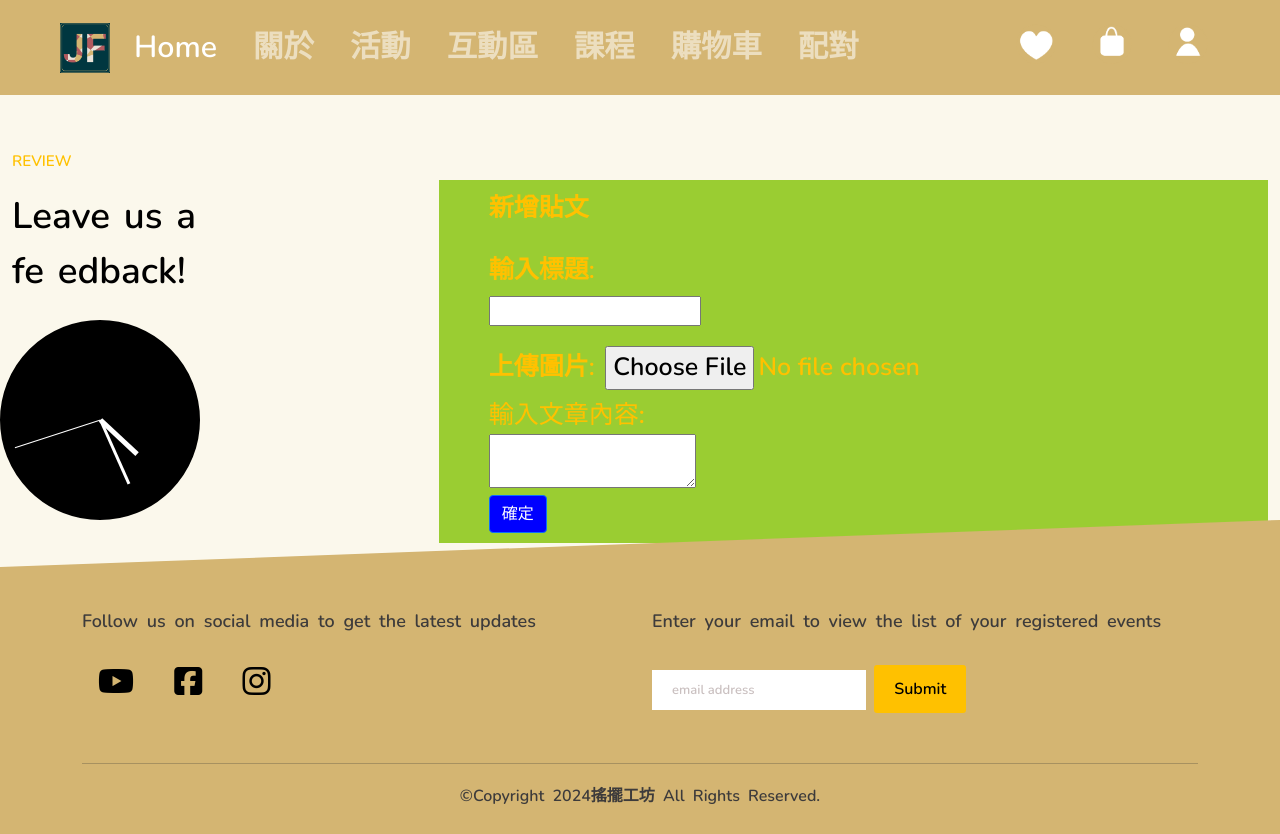
Repository: mmmooonnn0211/project
Page: workspace/demoSpringBoot-1/src/main/resources/static/html/LTInsertFront.html
These files come from the project's save history. The page is drawn as it stood at one moment and after the next save; the edit follows.
The browser window is 1280 px wide. The pictures show the whole page.
Some web libraries are served in a nearby version.

Above is the page before, as saved 2024-05-09 13:46:36.
Console error: ReferenceError: jQuery is not defined

### workspace/demoSpringBoot-1/src/main/resources/static/html/LTInsertFront.html
<!DOCTYPE html>
<html lang="en">

<head>
	<meta charset="UTF-8">
	<meta name="viewport" content="width=device-width, initial-scale=1.0">
	<style>
		.main {
			min-height: 55vh;
			/* 让 .slant 至少占据整个视口高度 */

		}

		.clock {
			width: 200px;
			height: 200px;
			border: 2px solid #000;
			border-radius: 50%;
			background-color: #000;
			position: relative;
			margin-top: -20%;
		}

		.hour,
		.minute,
		.second {
			position: absolute;
			background-color: white;
			transform-origin: bottom center;
			/* 將旋轉的中心設置為底部中心 */
		}

		.hour {
			width: 5px;
			height: 50px;
			left: calc(50% - 2.5px);
			/* 計算時鐘中心 */
			bottom: 50%;
			background-color: white;
			/* 時針顏色：紅色 */
		}

		.minute {
			width: 3px;
			height: 70px;
			left: calc(50% - 1.5px);
			/* 計算時鐘中心 */
			bottom: 50%;
			background-color: white;
			/* 分針顏色：藍色 */
		}

		.second {
			width: 1px;
			height: 90px;
			left: calc(50% - 0.5px);
			/* 計算時鐘中心 */
			bottom: 50%;
			background-color: white;
			/* 秒針顏色：綠色 */
		}
	</style>
	<!-- Bootstrap CSS -->
	<link href="https://cdn.jsdelivr.net/npm/bootstrap@5.0.0-beta3/dist/css/bootstrap.min.css" rel="stylesheet"
		integrity="sha384-eOJMYsd53ii+scO/bJGFsiCZc+5NDVN2yr8+0RDqr0Ql0h+rP48ckxlpbzKgwra6" crossorigin="anonymous">
	<script src="https://kit.fontawesome.com/4287c80df9.js" crossorigin="anonymous"></script>

	<!--Google Font : Nunito-->
	<link rel="preconnect" href="https://fonts.gstatic.com">
	<link href="https://fonts.googleapis.com/css2?family=Nunito:wght@600&display=swap" rel="stylesheet">

	<!-- For style(All CSS content) -->
	<link rel="stylesheet" type="text/css" href="../styles/home.css" />
	<link rel="stylesheet" type="text/css" href="../styles/footer.css" />
	<link rel="stylesheet" type="text/css" href="../styles/navbar.css" />
	<link rel="icon" href="images/favicon.ico">

	<!-- JS Bundle for BS  -->
	<script src="https://cdn.jsdelivr.net/npm/popper.js@1.16.1/dist/umd/popper.min.js"
		integrity="sha384-9/reFTGAW83EW2RDu2S0VKaIzap3H66lZH81PoYlFhbGU+6BZp6G7niu735Sk7lN" crossorigin="anonymous">
		</script>

</head>


<body>



	</div>
	<!-- <section> -->
	<div class="main">
		<form method="post" action=" /LTinsertFront.controller" enctype="multipart/form-data"
			onsubmit="return validateForm();">
			<div class="container-fluid" style="margin-top: 150px;">
				<div class="row" style="margin-bottom: 100px; margin-top: 100px;">
					<div class="col-md-4" style="text-align: left;">
						<p class="review">REVIEW</p>
						<p class="feedback">Leave us a <br>fe edback!</p>
					</div>
					<div class="col-sm-8">
						<div class="container" id="cards" style="  background-color:yellowgreen">
							<div class="" style="margin: auto;">
								<div id="sugg" class="neon-yellow" style="font-weight: bold; font-size: 25px; ">新增貼文
								</div>
								<br>
								<div id="text" class="neon-yellow" style=" font-size: 25px;">輸入標題:
								</div>
								<div style="height:50px; ">
									<input id="title" name="title" style="width: auto;" ; />
								</div>
								<div id="text" class="neon-yellow" style="font-weight: bold; font-size: 25px;">上傳圖片:
									<input type="file" id="picture" name="picture" />
								</div>

								<div id="picture" class="neon-yellow" style="font-size:25px; ">
									輸入文章內容:
								</div>
								<textarea id="content" name="content"></textarea>

								<div>
									<button type="submit" class="btn btn-primary"
										style="background-color:blue">確定</button>
								</div>
							</div>
						</div>
					</div>
				</div>
			</div>
		</form>
		<div class="container text-center">

		</div>
	</div>




	<div class="container">
	</div>


	<script>

		fetch('basic.html')
			.then(response => response.text())
			.then(html => {
				document.body.innerHTML += html;
			});

	</script>
	<div id="clock"></div>

	<div class="clock" id="clock">
		<div class="hour" id="hour"></div>
		<div class="minute" id="minute"></div>
		<div class="second" id="second"></div>
	</div>

	<script>
		function updateClock() {
			var now = new Date();
			var hours = now.getHours();
			var minutes = now.getMinutes();
			var seconds = now.getSeconds();

			var hourDeg = (hours % 12) * 30 + minutes * 0.5; // 一小時30度，一分鐘0.5度
			var minuteDeg = minutes * 6; // 一分鐘6度
			var secondDeg = seconds * 6; // 一秒鐘6度

			document.getElementById('hour').style.transform = 'rotate(' + hourDeg + 'deg)';
			document.getElementById('minute').style.transform = 'rotate(' + minuteDeg + 'deg)';
			document.getElementById('second').style.transform = 'rotate(' + secondDeg + 'deg)';
		}

		// 每秒更新一次時間
		setInterval(updateClock, 1000);

		// 初始化頁面時立即更新時間
		updateClock();
	</script>
	<script type="text/javascript" charset="utf8"
		src="https://cdn.datatables.net/1.11.5/js/jquery.dataTables.js"></script>
	<script src="https://cdn.jsdelivr.net/npm/bootstrap@5.0.0-beta3/dist/js/bootstrap.bundle.min.js"
		integrity="sha384-JEW9xMcG8R+pH31jmWH6WWP0WintQrMb4s7ZOdauHnUtxwoG2vI5DkLtS3qm9Ekf" crossorigin="anonymous">
		</script>

</body>

</html>

### workspace/demoSpringBoot-1/src/main/resources/static/styles/home.css
/* hiding vertical scroll bar from every page */
::-webkit-scrollbar {
  width: 0 !important
}




body {
  font-family: 'Nunito', sans-serif;
  background-color: #FBF8EC;
  word-spacing: 0.25rem;
}

::selection {
  color: black;
  background: #ffc100;
}

::placeholder {
  color: rgb(202, 192, 192);
}

.neon-yellow {
  color: #ffc100;
}

.working-heading {
  font-size: 2.3rem;
  font-weight: bold;
  color: black;
}


.date-style {
  font-weight: 850;
  padding: 0 0 0.3rem 0;
}

.sub-heading {
  font-size: 1.5rem;
  font-weight: 1000;
  padding: 0 0 0.3rem 0;
}

.small-subtext {
  color: black;
  font-weight: 700;
  font-size: 1rem;
}

.process-heading {
  font-weight: 1000;
  font-size: 0.95rem;
}

.eng,
.feedback,
.some {
  font-size: 2.3rem;
  font-weight: 1000;
  color: black;
}

.center-line {
  border-left: 0.58rem solid #ffc100;
  height: 110%;
  position: absolute;
  top: 0%;
  left: 0%;
}

.padding-for-mobile {
  padding: 0 1rem 2rem 4rem;
  text-align: left;
  /*background-color:  white;*/
}

.stickyy-corner {
  position: -webkit-sticky;
  position: sticky;
  top: 0;
}

.timeline-left-style {
  color: black;
  text-align: right;
  padding: 0 4rem 0 5.2rem;
}

.timeline-right-style {
  color: black;
  text-align: left;
  position: relative;
  padding: 0 5.2rem 0 4rem;
  overflow-y: hidden;
}

.d-block {
  margin-top: 2%;
  border-radius: 7px;
  border: 3px solid rgb(245, 241, 241);
  width: 100%;
}

.chess,
.review,
.event {
  color: #ffc100;
  font-weight: 850;
  font-size: 0.95rem;
}


#text {
  font-weight: 850;
  font-size: 0.75rem;
  margin-bottom: 7px;
}

#sugg {
  font-size: 1.5rem;
  font-weight: 1000;
}

#btn {
  background-color: #ffc100;
  color: rgb(0, 0, 0);
  padding: 10px 20px;
  text-align: center;
  border: none;
  border-radius: 3px;
  display: block;
  margin: auto;
  margin-top: 15px;
  font-weight: bold;
}


#box,
#msg {
  background-color: #DDDDDD;
  border-radius: 3.5px;
  border: none;
  margin-bottom: 12px;
  width: 100%;
}

#msg {
  height: 120px;
}

#box {
  height: 35px;
}

#spon {
  color: black;
  margin-top: 60px;
  display: flex;
  justify-content: space-evenly;
  align-items: center;
  font-weight: bold;
  margin-bottom: 20px;
}

.image {
  height: 100px;
}

.image3 {
  height: 250px;
  overflow-y: hidden;
}

.pic1,
.pic2 {
  font-weight: bold;
  font-size: medium;
}

.pic1 {
  margin-top: 20px;
}

.column {
  display: flex;
  flex-direction: column;
  justify-content: space-evenly;
  align-items: center;
}

.columns {
  display: flex;
  flex-direction: column;
  justify-content: center;
  align-items: flex-start;
}

.pic2 {
  color: gray;
  font-size: small;
}

.event,
.some,
.last,
.pic,
.pic1,
.pic2 {
  display: flex;
  justify-content: space-evenly;
  align-items: center;
}

.subhead {
  color: black;
  font-size: 3rem;
  overflow-y: hidden;
}

.active {
  color: #ffc100;
}

.active:hover {
  color: #ffc100;
}

p {
  color: black;
}

.title-img {
  width: 25%;
  margin-left: 8%;
  transform: rotate(10deg);
}

.hover {
  color: #ffc100;
}

.title-img3 {
  width: 25%;
  transform: rotate(-10deg);
}

.title-img2 {
  width: 35%;
  padding-right: 5%;
  padding-left: 5%;


}

.carousel-img-styles {
  border: 0.13rem solid black;
  border-radius: 1rem;
}

h1 {
  font-size: 5rem;
  line-height: 1.5;
  font-weight: 900;
}

#title {
  margin-bottom: 11rem;
}

.col-lg-3 {
  padding-left: 3rem;
}

.ex-btn {
  margin-top: 2.5rem;
  margin-bottom: 30px;
}

.carousel-container {
  width: 55%;
}

#cards {
  padding: 10px 50px;
}

.card {
  background-color: black;
  border-radius: 10px;
  /* display: block;
    margin: auto;
    font: 16px;
    width:55%; */
  padding: 30px 20px;

}

@media only screen and (max-width: 767px) {
  .small-subtext {
    font-size: 0.8rem;
  }

  .padding-for-mobile {
    padding: 0 0 4rem 2rem;
  }

  /*
  .sticky-corner {
    position: static;
  }
  */
  #cards {
    padding: 0px 20px;
  }


  .sub-heading {
    font-size: 1.3rem;
  }

  .process-heading {
    font-size: 0.85rem;
  }

  .working-heading {
    font-size: 1.5rem;
  }

  .timeline-left-style {
    padding: 0 2.5rem 0 3rem;
  }

  .timeline-right-style {
    padding: 0 3rem 0 2.5rem;
  }

  #spon {
    font-size: 1.5rem;
  }

  .some,
  .eng,
  .feedback {
    font-size: 1.5rem;
  }

  .card {
    width: 100%;
  }

  .pic {
    flex-direction: column;
  }

  .carousel-container {
    width: 85%;
  }
}

@media only screen and (max-width: 575px) {

  .title-img,
  .title-img3 {
    display: none;
  }

  .title-img2 {
    display: block;
    margin: auto;
    width: 100%;
    padding: 50px;
  }
}

@media only screen and (max-width: 375px) {


  .date-style {
    font-size: 0.8rem;
  }

  .sub-heading {
    font-size: 0.9rem;
  }

  .small-subtext {
    font-size: 0.7rem;
  }

  .timeline-left-style {
    padding: 0 1.6rem 0 2rem;
  }

  .timeline-right-style {
    padding: 0 2rem 0 2rem;
  }
}

### workspace/demoSpringBoot-1/src/main/resources/static/styles/footer.css
/*
hiding vertical scroll bar from every page
*/
::-webkit-scrollbar {
    width: 0 !important
}




.slant {
    /* width: 110%;
    background-color: #DDDDDD;
    transform: rotate(-3deg);
    height: 100px; */
    clip-path: polygon(0 15%, 100% 0, 100% 100%, 0 100%);
  }

  .container{
    margin-top: 30px;
  }

  .left, .right {
    font-size: large;
    font-weight: bold;
    margin-top: 50px;
    color: rgb(61, 59, 59);
    margin-bottom: 30px;
  }

  .below {
    background-color:#D4B572;
    position: relative;
    padding-top: 8px;
    padding-bottom: 6px;
    width: 100%;
    height: 100%;
  }

  #mail {
    border: none;
    height: 30px;
    padding: 20px;
    font-size: small;
    font-weight: bold;
  }

  #bttn {
    background-color: #ffc100;
    color: black;
    padding: 12px 20px;
    text-align: center;
    border: none;
    border-radius: 3px;
    font-weight: bold;
  }


  .fa-youtube:hover{
    color: rgb(230, 59, 59);
    transition: 0.5s;
  }

  .fa-twitter:hover, .fa-facebook-square:hover{
    color: rgba(18, 212, 212, 0.596);
    transition: 0.5s;
  }

  .fa-instagram:hover{
    color: rgb(218, 30, 61);
    transition: 0.5s;
  }

  .fa-github{
    color: rgb(43, 36, 36);
    transition: 0.5s;
  }

  .fab {
    padding: 0 1rem 0 1rem;
    font-size: 2rem;
    color: black;
  }

  .last {
    font-weight: 900;
    color: rgb(61, 59, 59);
    margin: 20px;
    display: flex;
  justify-content: space-evenly;
  align-items: center;
  }

  @media only screen and (max-width: 767px) {
    .slant{
      clip-path: polygon(0 5%, 100% 0, 100% 100%, 0 100%);
    }
  }

  @media only screen and (max-width: 375px) {
    .slant{
      clip-path: polygon(0 5%, 100% 0, 100% 100%, 0 100%);
    }
  }

### workspace/demoSpringBoot-1/src/main/resources/static/styles/navbar.css
/* 鼠標移動導覽列*/
.nav-item :hover {
  color: rgb(255, 128, 128);
  cursor: pointer;
  background-color: #B15A5E;
  border-radius: 10px;
}

.navbar a {
  color: #ff2600a2;
  border-radius: 10px;
}


.navbar {
  padding: 1rem 2rem;
  position: fixed;
  z-index: 100;
  width: 100%;
  margin: 0;
  top: 0;
  left: 0;
  background-color: #D4B572;
}

.nav-item {
  padding: 0 20px 0 0;
}

.nav-link {
  font-size: 1.9rem;
  font-weight: 900;

}


.dropdown-item,
.dropdown-menu {
  background-color: #B15A5E;
  color: #BF3F41;
  ;
  margin: 0;
}






.dropdown-menu a {
  color: white;
  ;
  text-decoration: none;
  display: block;
  text-align: left;
}

### workspace/demoSpringBoot-1/src/main/resources/static/html/basic.html
<!doctype html>
<html lang="en">

<head>
    <!-- Required meta tags -->
    <meta charset="utf-8">
    <meta name="viewport" content="width=device-width, initial-scale=1">




    <title>JFSwing</title>
</head>

<body>

    <!-- Shashank's Section -->
    <!-- <section class="title"> -->
    <!-- Navbar section -->
    <nav class="navbar navbar-expand-lg navbar-dark">
        <!-- <LOGO> -->
        <div class="container-fluid">
            <div width="50px" height="50px">
                <a class="m-3" href="index.html"> <img src="../images/LOGO.png" width="50px" height="50px"
                        alt="Eternals">
                </a>
                <button class="navbar-toggler" type="button" data-bs-toggle="collapse" data-bs-target="#navbarCollapse"
                    aria-controls="navbarCollapse" aria-expanded="false" aria-label="Toggle navigation">
                    <span class="navbar-toggler-icon"></span>
                </button>
            </div>
            <div class="collapse navbar-collapse" id="navbarCollapse">
                <ul class="navbar-nav ">
                    <li class="nav-item">
                        <a class="nav-link active" href="frontPage.html">Home </a>
                    </li>
                    <li class="nav-item">
                        <a class="nav-link" href="about.html">關於</a>
                    </li>
                    <li class="nav-item">
                        <a class="nav-link" href="EventAll.html">活動</a>
                    </li>
                    <li class="nav-item">
                        <a class="nav-link" href="/LTSelectAll2">互動區</a>
                    </li>
                    <li class="nav-item">
                        <a class="nav-link" href="contact.html">課程</a>
                    </li>
                    <li class="nav-item">
                        <a class="nav-link" href="">購物車</a>
                    </li>
                    <li class="nav-item">
                        <a class="nav-link" href="">配對</a>
                    </li>

                </ul>

            </div>

            <!-- <右上角的東西> -->
            <div class="navbar-nav justify-content-end">
                <ul class="navbar-nav">
                    <li class="nav-item">
                        <div class="m-2 rounded-circle overflow-hidden align-self-center ratio ratio-1x1"
                            style="width: 40px">
                            <img src="../images/LOVE.png" alt="" class="object-fit-cover w-100 h-100" />
                        </div>
                    </li>
                    <li class="nav-item">
                        <div class="m-2 rounded-circle overflow-hidden align-self-center ratio ratio-1x1"
                            style="width: 40px">
                            <img src="../images/SHOP.png" alt="" class="object-fit-cover w-100 h-100" />
                        </div>
                    </li>
                    <li class="nav-item">
                        <a href="#" target="_blank"
                            class="m-2 rounded-circle overflow-hidden align-self-center ratio ratio-1x1"
                            style="width: 40px; display: inline-block;">
                            <img src="../images/MAN.png" alt="Facebook" class="object-fit-cover w-100 h-100" />
                        </a>
                    </li>

                </ul>

            </div>
        </div>
    </nav>

    <!-- Title -->
    <!-- <中間> -->



    <!-- footer-->
    <div class="slant footer-content mt-auto">

        <footer class="below">
            <div class="container">
                <div class="row">
                    <div class="col-lg-6">
                        <p class="left">Follow us on social media to get the latest updates</p>
                        <a href="#"><i class="fab fa-youtube"></i></a>
                        <a href="https://www.facebook.com/apple.hi.77?mibextid=kFxxJD"><i
                                class="fab fa-facebook-square"></i></a>
                        <a href="#"><i class="fab fa-instagram"></i></a>

                    </div>
                    <div class="col-lg-6">
                        <p class="right">Enter your email to view the list of your registered events</p>
                        <input id="mail" placeholder="email address">
                        <span><button id="bttn">
                                Submit </button></span>
                    </div>
                </div>
                <hr style="margin-top: 50px;">
            </div>
            <div class="last">&copy;Copyright 2024搖擺工坊 All Rights Reserved.</div>
        </footer>

    </div>



</body>

</html>

After the next save:
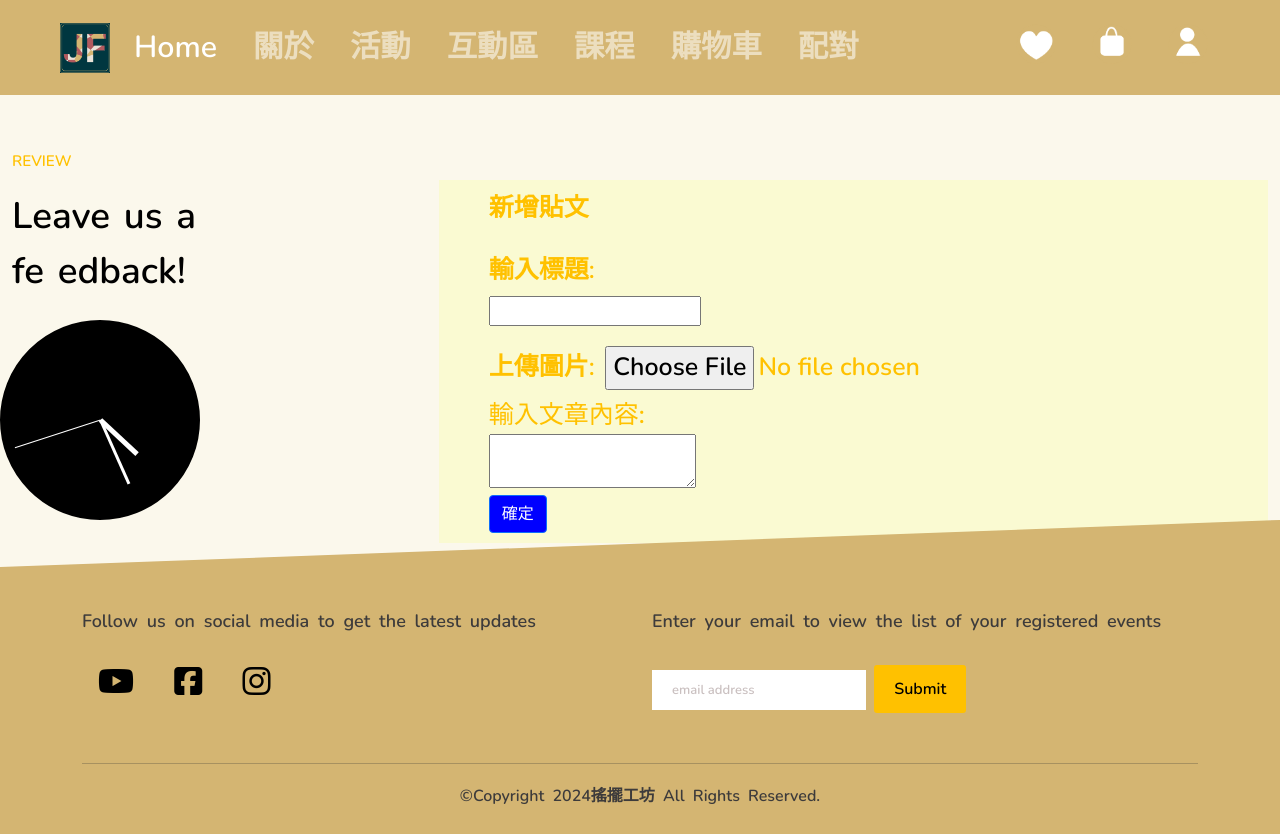
Saved 13 s later.
--- a/workspace/demoSpringBoot-1/src/main/resources/static/html/LTInsertFront.html
+++ b/workspace/demoSpringBoot-1/src/main/resources/static/html/LTInsertFront.html
@@ -99,7 +99,7 @@
 						<p class="feedback">Leave us a <br>fe edback!</p>
 					</div>
 					<div class="col-sm-8">
-						<div class="container" id="cards" style="  background-color:yellowgreen">
+						<div class="container" id="cards" style="  background-color:lightgoldenrodyellow">
 							<div class="" style="margin: auto;">
 								<div id="sugg" class="neon-yellow" style="font-weight: bold; font-size: 25px; ">新增貼文
 								</div>
